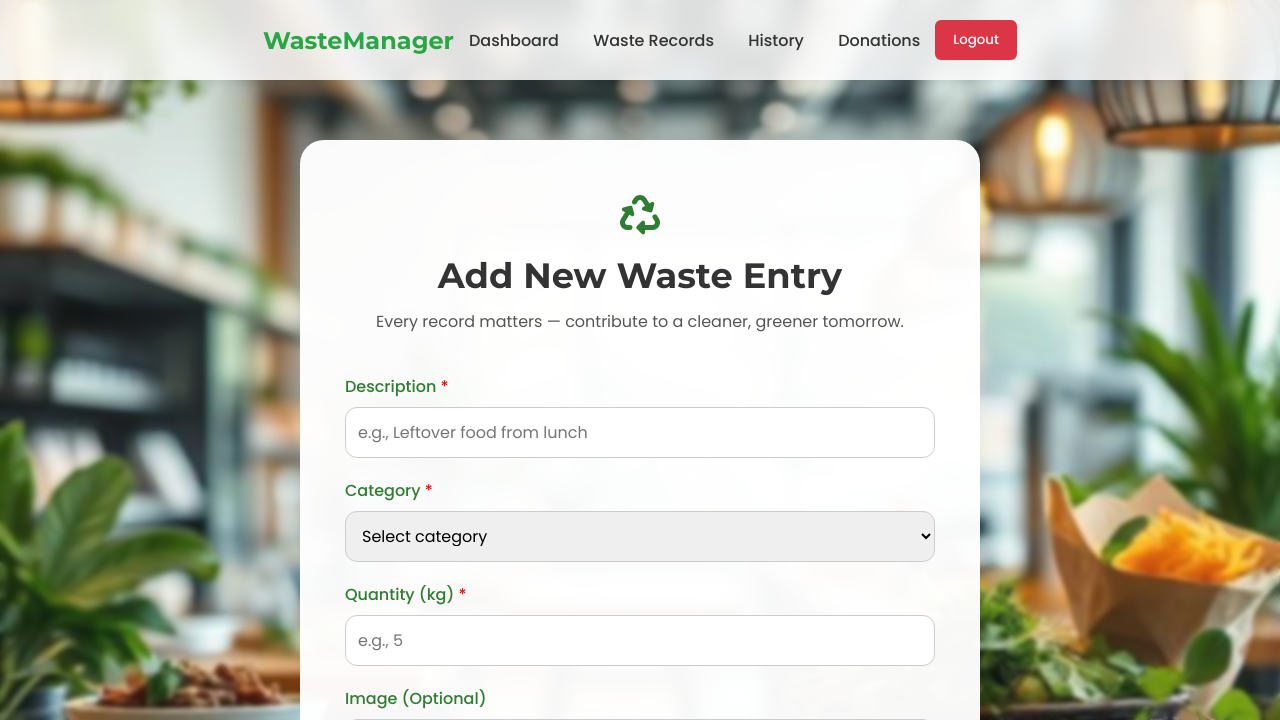
Repository: mahekagrawal25/restaurant-waste-management
Page: frontend/addwaste.html
These files come from the project's save history. The page is drawn as it stood at one moment and after the next save; the edit follows.
The browser window is 1280 px wide. The pictures show the whole page.
An inner scrolling area shows only its first screen.

Above is the page before, as saved 2025-04-25 22:13:31.

### frontend/addwaste.html
<!DOCTYPE html>
<html lang="en">
  <head>
    <meta charset="UTF-8" />
    <meta name="viewport" content="width=device-width, initial-scale=1.0" />
    <title>Add Waste - WasteManager</title>
    <link rel="stylesheet" href="style.css" />
    <link
      rel="stylesheet"
      href="https://cdnjs.cloudflare.com/ajax/libs/font-awesome/6.4.0/css/all.min.css"
    />
    <link
      href="https://fonts.googleapis.com/css2?family=Poppins:wght@400;500;600&family=Montserrat:wght@700&display=swap"
      rel="stylesheet"
    />

    <style>
      html,
      body {
        margin: 0;
        padding: 0;
        height: 100%;
        overflow: hidden;
        font-family: "Poppins", sans-serif;
        background: url("./images/restro10.jpeg") no-repeat center center fixed;
        background-size: cover;
      }

      .page-wrapper {
        height: calc(100vh - 80px);
        display: flex;
        justify-content: center;
        align-items: flex-start;
        padding: 60px 20px 20px 20px;
        background-color: rgba(255, 255, 255, 0.05);
        backdrop-filter: blur(2px);
        -webkit-backdrop-filter: blur(2px);
        overflow-y: auto;
      }

      .waste-card {
        background: rgba(255, 255, 255, 0.97);
        border-radius: 24px;
        box-shadow: 0 12px 30px rgba(0, 0, 0, 0.12);
        width: 100%;
        max-width: 680px;
        padding: 60px 45px;
        box-sizing: border-box;
      }

      .card-header {
        text-align: center;
        margin-bottom: 40px;
      }

      .card-header h1 {
        font-size: 2.2rem;
        margin: 12px 0;
      }

      .card-header p {
        font-size: 1rem;
        color: #555;
      }

      .form-group {
        margin-bottom: 28px;
      }

      input,
      select {
        width: 100%;
        padding: 12px 16px;
        font-size: 1rem;
        border-radius: 8px;
        border: 1px solid #ccc;
        box-sizing: border-box;
      }

      label span {
        color: red;
      }

      .btn-submit {
        width: 100%;
        padding: 14px 20px;
        background-color: #28a745;
        color: white;
        font-weight: 600;
        font-size: 1rem;
        border: none;
        border-radius: 8px;
        cursor: pointer;
        transition: background-color 0.3s ease;
      }

      .btn-submit:hover {
        background-color: #218838;
      }

      .footer {
        display: none;
      }

      .status-msg {
        margin-top: 20px;
        text-align: center;
        font-weight: 600;
      }

      .status-msg.success {
        color: green;
      }

      .status-msg.error {
        color: red;
      }

      .navbar {
        height: 80px;
        display: flex;
        align-items: center;
        justify-content: space-between;
        padding: 0 40px;
        background: #ffffffd9;
        box-shadow: 0 2px 8px rgba(0, 0, 0, 0.05);
      }

      .nav-container nav a {
        margin: 0 15px;
        text-decoration: none;
        font-weight: 500;
        color: #333;
      }

      .nav-container .logo {
        font-family: "Montserrat", sans-serif;
        font-weight: 700;
        font-size: 1.5rem;
        color: #28a745;
      }

      .btn-logout {
        background: #dc3545;
        color: white;
        border: none;
        border-radius: 6px;
        padding: 10px 18px;
        cursor: pointer;
        font-weight: 500;
      }

      .btn-logout:hover {
        background: #c82333;
      }
    </style>
  </head>

  <body>
    <header class="navbar">
      <div class="nav-container">
        <div class="logo">WasteManager</div>
        <nav>
          <a href="restaurant_dashboard.html">Dashboard</a>
          <a href="waste-records.html" class="active">Waste Records</a>
          <a href="history.html">History</a>
          <a href="donations.html">Donations</a>
        </nav>
        <button id="logoutBtn" class="btn-logout">Logout</button>
      </div>
    </header>

    <div class="page-wrapper">
      <div class="waste-card">
        <div class="card-header">
          <i class="fas fa-recycle fa-2x"></i>
          <h1>Add New Waste Entry</h1>
          <p>
            Every record matters — contribute to a cleaner, greener tomorrow.
          </p>
        </div>

        <form id="addWasteForm" class="waste-form">
          <!-- Optional: user_id can be filled dynamically by backend or JS -->
          <input type="hidden" id="user_id" name="user_id" />

          <div class="form-group">
            <label for="description">Description <span>*</span></label>
            <input
              type="text"
              id="description"
              name="description"
              required
              placeholder="e.g., Leftover food from lunch"
            />
          </div>

          <div class="form-group">
            <label for="category">Category <span>*</span></label>
            <select id="category" name="category" required>
              <option value="">Select category</option>
              <option value="Plastic">Plastic</option>
              <option value="Food">Food</option>
              <option value="Cardboard">Cardboard</option>
              <option value="Glass">Glass</option>
              <option value="Other">Other</option>
            </select>
          </div>

          <div class="form-group">
            <label for="quantity">Quantity (kg) <span>*</span></label>
            <input
              type="number"
              id="quantity"
              name="quantity"
              min="1"
              required
              placeholder="e.g., 5"
            />
          </div>

          <div class="form-group">
            <label for="image_url">Image (Optional)</label>
            <input
              type="url"
              id="image_url"
              name="image_url"
              placeholder="Paste image URL (optional)"
            />
          </div>

          <button type="submit" class="btn-submit">
            <i class="fas fa-paper-plane"></i> Submit Entry
          </button>
          <p id="statusMsg" class="status-msg"></p>
        </form>
      </div>
    </div>

    <footer class="footer">
      <p>&copy; 2025 WasteManager | All rights reserved</p>
    </footer>

    <!-- Optional: Add script for logout and form handling -->
    <script>
      document.getElementById("logoutBtn").addEventListener("click", () => {
        localStorage.removeItem("token"); // or sessionStorage depending on usage
        window.location.href = "login.html";
      });

      // Example submit handler
      document.getElementById("addWasteForm").addEventListener("submit", async (e) => {
        e.preventDefault();
        const form = e.target;
        const data = {
          user_id: document.getElementById("user_id").value,
          description: form.description.value,
          category: form.category.value,
          quantity: form.quantity.value,
          image_url: form.image_url.value
        };

        const statusMsg = document.getElementById("statusMsg");

        try {
          const res = await fetch("http://localhost:5000/api/waste/add", {
            method: "POST",
            headers: {
              "Content-Type": "application/json",
              Authorization: "Bearer " + localStorage.getItem("token"),
            },
            body: JSON.stringify(data)
          });

          const result = await res.json();

          if (res.ok) {
            statusMsg.textContent = "Waste entry submitted successfully!";
            statusMsg.className = "status-msg success";
            form.reset();
          } else {
            statusMsg.textContent = result.message || "Submission failed.";
            statusMsg.className = "status-msg error";
          }
        } catch (error) {
          statusMsg.textContent = "An error occurred. Try again.";
          statusMsg.className = "status-msg error";
        }
      });
    </script>
  </body>
</html>

### frontend/style.css
/* ✅ General Styles */
* {
  margin: 0;
  padding: 0;
  box-sizing: border-box;
  font-family: 'Poppins', sans-serif;
}

body {
  background: linear-gradient(135deg, #2e7d32, #81c784);
  color: #333;
  min-height: 100vh;
  display: flex;
  flex-direction: column;
}

/* ✅ Navigation Bar */
.navbar {
  background: rgba(255, 255, 255, 0.85);
  backdrop-filter: blur(12px);
  box-shadow: 0 4px 15px rgba(0, 0, 0, 0.1);
  padding: 20px 40px;
  position: sticky;
  top: 0;
  z-index: 1000;
}

.nav-container {
  display: flex;
  justify-content: space-between;
  align-items: center;
  max-width: 1300px;
  margin: 0 auto;
}

.navbar .logo {
  font-size: 30px;
  font-weight: bold;
  color: #2e7d32;
  font-family: 'Georgia', serif;
}

nav a {
  margin: 0 18px;
  text-decoration: none;
  color: #444;
  font-weight: 500;
  transition: color 0.3s, transform 0.3s;
}

nav a:hover {
  color: #2e7d32;
  transform: scale(1.1);
}

.btn-logout {
  background: #ff4c4c;
  color: #fff;
  border: none;
  padding: 12px 28px;
  border-radius: 30px;
  cursor: pointer;
  font-weight: 500;
  transition: background 0.3s, transform 0.3s;
}

.btn-logout:hover {
  background: #e03c3c;
  transform: scale(1.05);
}

/* ✅ Main Content */
.container {
  width: 90%;
  max-width: 1300px;
  margin: 50px auto;
  flex: 1;
}

/* ✅ Welcome Section */
.welcome-section {
  text-align: center;
  margin-bottom: 70px;
}

.welcome-section h1 {
  font-size: 48px;
  color: #fff;
  margin-bottom: 12px;
  font-weight: 700;
  font-family: 'Cambria', serif;
}

.welcome-section p {
  font-size: 20px;
  color: #f0f0f0;
  opacity: 0.9;
}

/* ✅ Quick Actions Grid */
.actions-grid {
  display: grid;
  grid-template-columns: repeat(auto-fit, minmax(280px, 1fr));
  gap: 35px;
  margin-bottom: 70px;
}

.action-card {
  background: rgba(255, 255, 255, 0.85);
  backdrop-filter: blur(12px);
  border-radius: 20px;
  box-shadow: 0 10px 25px rgba(0, 0, 0, 0.1);
  padding: 35px;
  text-align: center;
  transition: transform 0.4s, box-shadow 0.4s;
  cursor: pointer;
}

.action-card:hover {
  transform: translateY(-12px);
  box-shadow: 0 14px 30px rgba(0, 0, 0, 0.2);
}

.action-card i {
  font-size: 52px;
  color: #2e7d32;
  margin-bottom: 25px;
}

.action-card h3 {
  font-size: 26px;
  color: #333;
  margin-bottom: 12px;
  font-weight: 700;
}

.action-card p {
  font-size: 18px;
  color: #555;
  opacity: 0.85;
}

/* ✅ Recent Activities */
.recent-activities {
  background: rgba(255, 255, 255, 0.9);
  padding: 35px;
  border-radius: 20px;
  box-shadow: 0 10px 25px rgba(0, 0, 0, 0.1);
}

.recent-activities h2 {
  font-size: 30px;
  margin-bottom: 25px;
  font-weight: 700;
  color: #333;
}

.activities-container {
  max-height: 350px;
  overflow-y: auto;
  padding: 15px;
}

.activities-container p {
  font-size: 18px;
  color: #555;
  opacity: 0.9;
}

/* ✅ Footer */
.footer {
  background: rgba(255, 255, 255, 0.9);
  backdrop-filter: blur(10px);
  color: #333;
  text-align: center;
  padding: 25px;
  box-shadow: 0 -5px 15px rgba(0, 0, 0, 0.1);
  font-weight: 600;
  font-size: 16px;
}





/* Activities Table Styles */
.activities-table-container {
  overflow-x: auto;
  margin-top: 1rem;
  background: white;
  border-radius: 8px;
  box-shadow: 0 2px 10px rgba(0,0,0,0.1);
  padding: 1rem;
}

#activitiesTable {
  width: 100%;
  border-collapse: collapse;
}

#activitiesTable th, #activitiesTable td {
  padding: 12px 15px;
  text-align: left;
  border-bottom: 1px solid #e0e0e0;
}

#activitiesTable th {
  background-color: #f5f5f5;
  font-weight: 600;
}

#activitiesTable tr:hover {
  background-color: #f9f9f9;
}

.btn-view-all {
  display: block;
  margin: 1rem auto 0;
  padding: 8px 16px;
  background: #4CAF50;
  color: white;
  border: none;
  border-radius: 4px;
  cursor: pointer;
}

.btn-view-all:hover {
  background: #45a049;
}




/* Activities Table Styles */
.activities-table-container {
  overflow-x: auto;
  margin-top: 1rem;
  background: white;
  border-radius: 8px;
  box-shadow: 0 2px 10px rgba(0,0,0,0.1);
  padding: 1rem;
}

#activitiesTable {
  width: 100%;
  border-collapse: collapse;
  font-size: 0.9rem;
}

#activitiesTable th {
  background-color: #f8f9fa;
  padding: 12px 15px;
  text-align: left;
  font-weight: 600;
}

#activitiesTable td {
  padding: 10px 15px;
  border-bottom: 1px solid #e9ecef;
}

.loading, .error {
  text-align: center;
  padding: 20px;
}

.loading {
  color: #6c757d;
}

.error {
  color: #dc3545;
}













.page-header {
  text-align: center;
  margin-top: 40px;
}

.page-header h1 {
  font-family: 'Montserrat', sans-serif;
  font-size: 2rem;
  color: #2e7d32;
}

.page-header p {
  font-size: 1rem;
  color: #555;
  margin-top: 8px;
}

.form-section {
  max-width: 600px;
  margin: 30px auto;
  background: #f9fff9;
  padding: 30px;
  border-radius: 16px;
  box-shadow: 0 6px 18px rgba(0, 0, 0, 0.06);
}

.waste-form .form-group {
  margin-bottom: 20px;
}

.waste-form label {
  display: block;
  font-weight: 500;
  margin-bottom: 8px;
}

.waste-form label span {
  color: red;
}

.waste-form input,
.waste-form select {
  width: 100%;
  padding: 12px 14px;
  font-size: 1rem;
  border: 1px solid #ccc;
  border-radius: 12px;
  outline: none;
  transition: border 0.3s ease;
}

.waste-form input:focus,
.waste-form select:focus {
  border-color: #4caf50;
}

.btn-submit {
  background-color: #4caf50;
  color: #fff;
  padding: 12px 20px;
  border: none;
  border-radius: 12px;
  cursor: pointer;
  font-weight: 600;
  font-size: 1rem;
  transition: background-color 0.3s ease;
  display: flex;
  align-items: center;
  gap: 8px;
}

.btn-submit:hover {
  background-color: #388e3c;
}




/* Hero Section */
.hero-header {
  background: linear-gradient(to right, #43a047, #2e7d32);
  color: white;
  padding: 60px 20px 40px;
  text-align: center;
  border-bottom-left-radius: 40px;
  border-bottom-right-radius: 40px;
  box-shadow: 0 8px 20px rgba(0, 0, 0, 0.1);
}

.hero-content i {
  font-size: 3rem;
  margin-bottom: 10px;
  animation: bounce 1s ease-in-out infinite alternate;
}

.hero-content h1 {
  font-family: 'Montserrat', sans-serif;
  font-size: 2.5rem;
  margin: 0;
}

.hero-content p {
  font-size: 1.1rem;
  margin-top: 10px;
  color: #e0f2f1;
}

/* Animation for Icon */
@keyframes bounce {
  0% { transform: translateY(0); }
  100% { transform: translateY(-5px); }
}


/* Make entire page fit on screen */
.page-wrapper {
  display: flex;
  justify-content: center;
  align-items: center;
  height: calc(100vh - 80px); /* Adjust for header/footer */
  padding: 20px;
  background-color: #f4f7f6;
}

/* Unified Card */
.waste-card {
  background: rgba(255, 255, 255, 0.98);
  border-radius: 20px;
  box-shadow: 0 8px 24px rgba(0, 0, 0, 0.08);
  width: 100%;
  max-width: 650px;

  /* Updated padding */
  padding: 60px 40px;
  box-sizing: border-box;
}

/* Header Inside Card */
.card-header {
  text-align: center;
  margin-bottom: 25px;
}

.card-header i {
  font-size: 2.5rem;
  color: #2e7d32;
  animation: bounce 1s infinite alternate;
}

.card-header h1 {
  margin: 10px 0 5px;
  font-family: 'Montserrat', sans-serif;
  font-size: 1.8rem;
}

.card-header p {
  font-size: 0.95rem;
  color: #555;
}

/* Form Fields */
.waste-form .form-group {
  margin-bottom: 20px;
}

.waste-form label {
  display: block;
  margin-bottom: 8px;
  font-weight: 500;
  color: #2e7d32;
}

.waste-form input,
.waste-form select {
  width: 100%;
  padding: 12px;
  border: 1px solid #ccc;
  border-radius: 12px;
  font-size: 1rem;
  transition: border 0.3s ease;
}

.waste-form input:focus,
.waste-form select:focus {
  border-color: #2e7d32;
  outline: none;
}

/* Submit Button */
.btn-submit {
  width: 100%;
  background: linear-gradient(to right, #43a047, #2e7d32);
  color: white;
  padding: 14px;
  font-size: 1rem;
  border: none;
  border-radius: 12px;
  cursor: pointer;
  transition: background 0.3s ease;
}

.btn-submit:hover {
  background: linear-gradient(to right, #388e3c, #1b5e20);
}

/* Icon Animation */
@keyframes bounce {
  0% { transform: translateY(0); }
  100% { transform: translateY(-5px); }
}

After the next save:
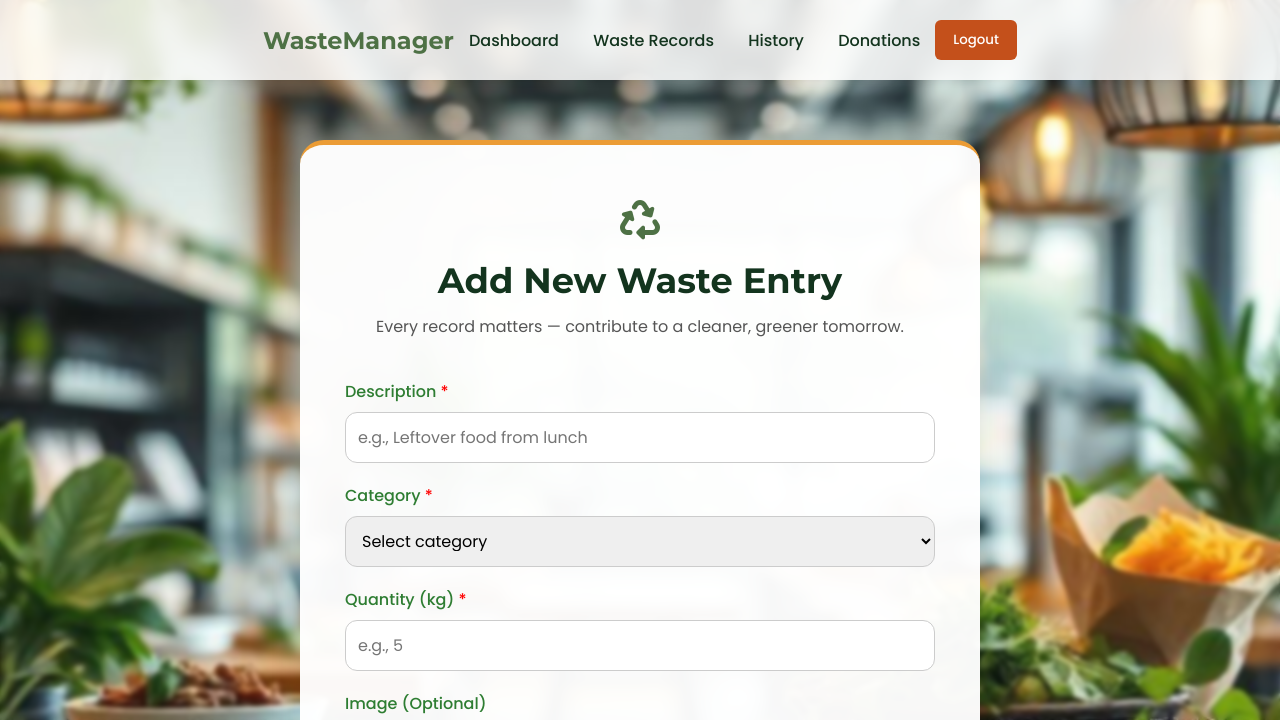
Saved 3 min 14 s later.
--- a/frontend/addwaste.html
+++ b/frontend/addwaste.html
@@ -15,6 +15,14 @@
     />
 
     <style>
+      :root {
+        --dark-green: #13341E;
+        --fern-green: #4E7145;
+        --gamboge: #EB9C35;
+        --sinopia: #C4501B;
+        --sienna: #8A2B13;
+      }
+
       html,
       body {
         margin: 0;
@@ -41,11 +49,12 @@
       .waste-card {
         background: rgba(255, 255, 255, 0.97);
         border-radius: 24px;
-        box-shadow: 0 12px 30px rgba(0, 0, 0, 0.12);
+        box-shadow: 0 12px 30px rgba(19, 52, 30, 0.15);
         width: 100%;
         max-width: 680px;
         padding: 60px 45px;
         box-sizing: border-box;
+        border-top: 5px solid var(--gamboge);
       }
 
       .card-header {
@@ -56,11 +65,16 @@
       .card-header h1 {
         font-size: 2.2rem;
         margin: 12px 0;
+        color: var(--dark-green);
       }
 
       .card-header p {
         font-size: 1rem;
         color: #555;
+      }
+
+      .card-header i {
+        color: var(--fern-green);
       }
 
       .form-group {
@@ -78,13 +92,13 @@
       }
 
       label span {
-        color: red;
+        color: var(--sinopia);
       }
 
       .btn-submit {
         width: 100%;
         padding: 14px 20px;
-        background-color: #28a745;
+        background-color: var(--fern-green);
         color: white;
         font-weight: 600;
         font-size: 1rem;
@@ -95,7 +109,7 @@
       }
 
       .btn-submit:hover {
-        background-color: #218838;
+        background-color: var(--dark-green);
       }
 
       .footer {
@@ -109,11 +123,11 @@
       }
 
       .status-msg.success {
-        color: green;
+        color: var(--fern-green);
       }
 
       .status-msg.error {
-        color: red;
+        color: var(--sinopia);
       }
 
       .navbar {
@@ -130,18 +144,18 @@
         margin: 0 15px;
         text-decoration: none;
         font-weight: 500;
-        color: #333;
+        color: var(--dark-green);
       }
 
       .nav-container .logo {
         font-family: "Montserrat", sans-serif;
         font-weight: 700;
         font-size: 1.5rem;
-        color: #28a745;
+        color: var(--fern-green);
       }
 
       .btn-logout {
-        background: #dc3545;
+        background: var(--sinopia);
         color: white;
         border: none;
         border-radius: 6px;
@@ -151,7 +165,7 @@
       }
 
       .btn-logout:hover {
-        background: #c82333;
+        background: var(--sienna);
       }
     </style>
   </head>
